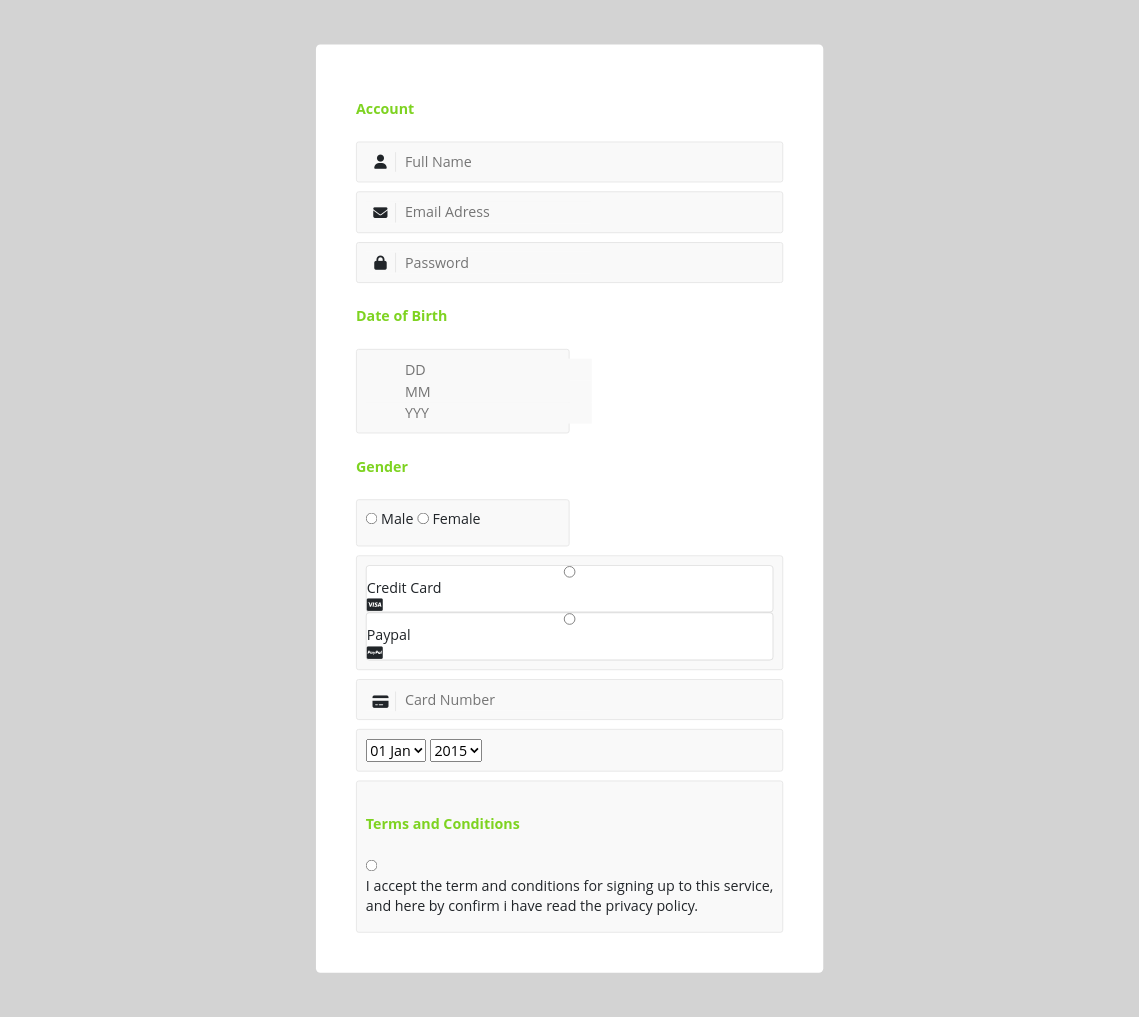
Repository: letrongtinh27/LapTrinhWeb
Page: Payment/index.html
The author's editor kept a copy of each file at every save. The page is drawn from the files as they stood at one save, then again after the next save.
The browser window is 1280 px wide. The pictures show the whole page, at 89% of full size.

Above is the page before, as saved 2022-10-11 20:57:01.

After the next save:
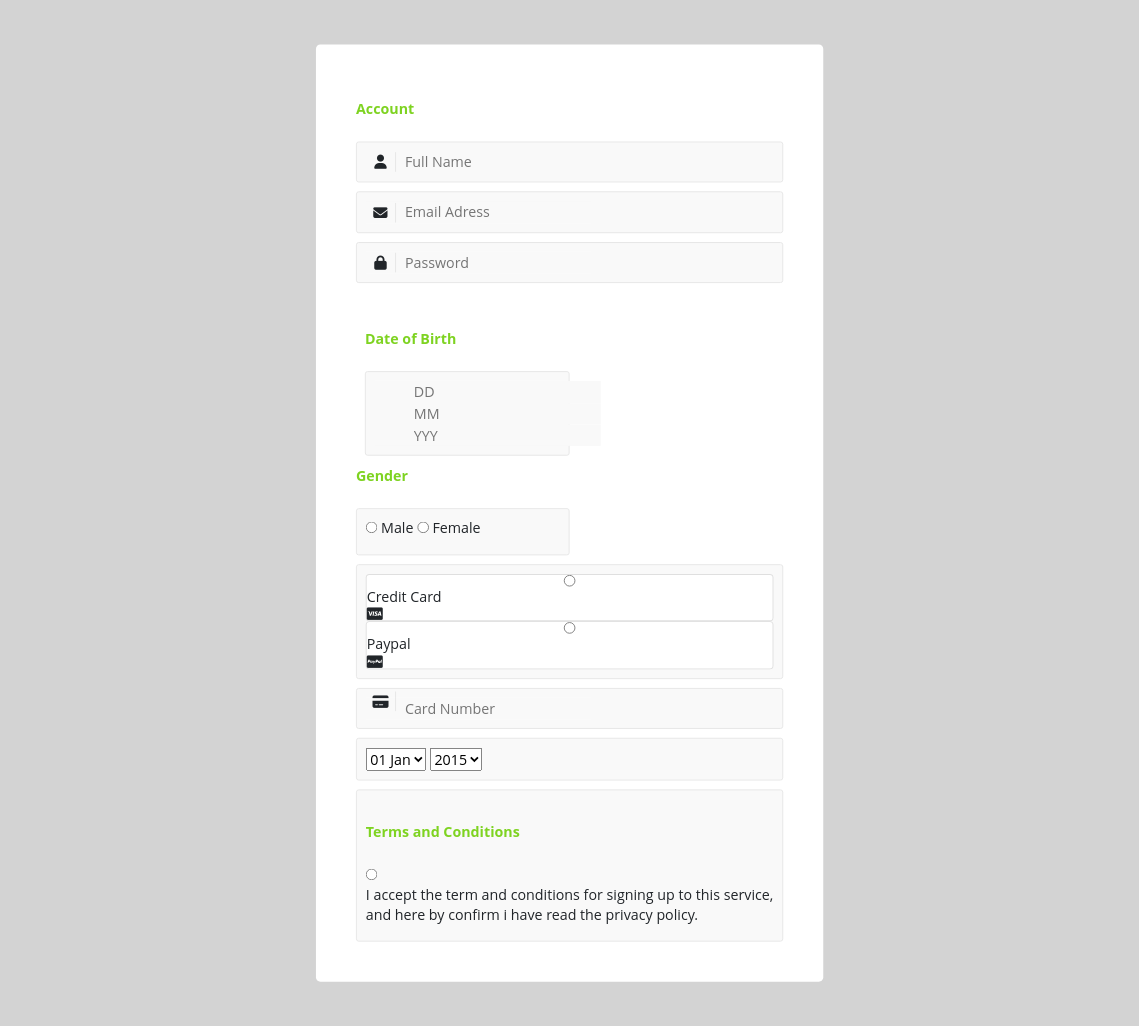
Saved 29 s later.
--- a/Payment/style.css
+++ b/Payment/style.css
@@ -72,7 +72,9 @@ body {
     display: block;
 }
 .group-left{
+    padding-left: 10px;
     width: 50%;
+    float: left;
 }
 .group-right{
     width: 50%;
